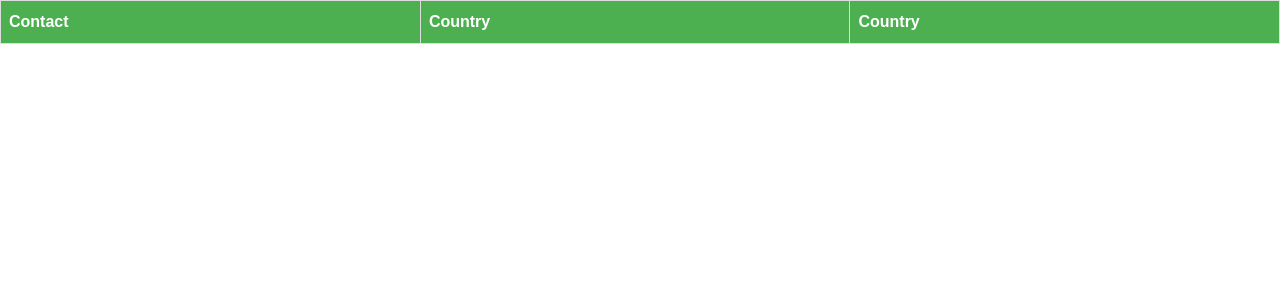
Repository: Rubin78/Firstairport
Page: /
An editor plug-in stored every save of this project. The page is shown before and after the next save, followed by the edit.
The browser window is 1280 px wide. The pictures show the whole page.
The page's requests for data from a server got no answer. The project was rebuilt for these pictures with package versions that can differ from the ones it lists, and the page was loaded fresh each time. No one was signed in, and anything a server would have sent is missing. Also part of the build but not shown: src/DataTable.js.

Above is the page before, as saved 2021-03-27 16:40:18.

### src/App.js
// import React, { Component } from 'react';
// import { wait } from "@testing-library/react";

// class App extends Component {

// state={

//   loading:true,
//   person:false,
// }

// async componentDidMount(){

// const url = "https://api.randomuser.me/"
// const response = await fetch(url);
// const data = await response.json();
// this.setState({person:data.results[0],loading:false})

// }

//   render() {

//  if(this.state.loading){
// return<div>loading ....</div>

//  }

//  if(!this.state.person){
//   return<div>loadingnothing ....</div>

//    }
//     return (
//       <div>

//     <div>{this.state.person.title}</div>

//     <div>{this.state.person.name.first}</div>
//     <div>{this.state.person.name.last}</div>
//     <div>{this.state.person.gender}</div>
//     <div>{this.state.person.timezone}</div>

//   <img src= {this.state.person.picture.large} />
//         </div>
//     );
//   }
// }

// export default App;

// import { wait } from "@testing-library/react";
// import React from "react";

// export default class FetchRandomUser extends React.Component {

//   // async componentDidMount() {
//   //   const url = "https://api.randomuser.me/";
//   //   const response = await fetch(url);
//   //   const data = await response.json();
//   //   this.setState({ person: data.results[0], loading: false });
//   // }

//   state={
//     loading:true,
//     person:null,
//   }

//  async componentDidMount() {

//   const url = "https://api.randomuser.me/";
//   const response = await fetch(url);
//   const data = await response.json();
//   this.setState({person:data.results[0],loading:false})

//  }

//   render() {
//     // if (this.state.loading) {
//     //   return <div>loading...</div>;
//     // }

//     // if (!this.state.person) {
//     //   return <div>didn't get a person</div>;
//     // }

// if (this.state.loading) {
// return <div>loading ...</div>
// }

// if (!this.state.person) {
//   return <div>didnt get anything</div>
// }

//     return (

// <div>

// <div>{this.state.person.name.title}</div>
// <div>{this.state.person.name.first}</div>
// <div>{this.state.person.name.last}</div>
// <div>{this.state.person.gender}</div>
// <div>{this.state.person.address}</div>

// <img src={this.state.person.picture.large} />

// </div>
//     );
//   }
// }

// import React, { useState, useEffect } from "react";
// import axios from "axios";
// export default function APISession() {
//   const [data, setData] = useState([]);

//   useEffect(() => {
//     axios
//       .get("https://jsonplaceholder.typicode.com/users")
//       .then((response) => {
//         setData(response.data);
//       })

//       // .catch((error) => {
//       //   console.log(error);
//       // });
//   }, []);

//   console.log(data);

//   return (
//     <div>
//       {data &&
//         data.map((item) => (
//           <div key={item.id}>
//             {item.name} - {item.phone}
//           </div>
//         ))}
//       {/* {data[0] && <div>{JSON.stringify(data)}</div>} */}
//     </div>
//   );
// }
/*
import React, {useState,useEffect} from 'react';
import axios from "axios";

const App = () => {

  const [data ,setData] = useState([]);
  useEffect(()=> {
    axios.get("https://jsonplaceholder.typicode.com/users")
    .then((response) => {
      setData(response.data);

    })
  })
  return (
    <div>
      {data &&
        data.map((item) => (
          <div key={item.id}>
            {item.name} - {item.phone}
          </div>
        ))}
      {/* {data[0] && <div>{JSON.stringify(data)}</div>} */
/*  </div>
  );
};

export default App; */

/*
import React, { Component } from 'react'


export default class App extends Component {

  constructor(props) {
    super(props);

    this.state = {
      brand: "ford",
      company: "Snoop Technology",
    };
  }

  changeBrand = () => {
  alert("Great Shot!");

    this.setState({brand: "love "});
        this.setState({ company: "Snooper " });


  }

  render() {
const greeting = "welcome to amafh";
    return (
      <div>
        <div>{this.state.brand} </div>
        <div>{this.state.company} </div>
        <h2>I am a {greeting}</h2>


        <button onClick={this.changeBrand}>hello change</button>
      </div>
    );
  }
}


 */

/*  import React , {useState} from 'react';

 const App = () => {

   const [count, setCount] = useState(0);


   return (
     <div>
<p> this is my {count}</p>

<button onClick={() =>setCount(count+2)}> clickme </button></div>
   );
 };

 export default App;
 */

/* import React, { useState, useEffect } from "react";
import axios from "axios";
export default function APISession() {
  const [data, setData] = useState([]);



useEffect(()=>{

  axios.get("https://jsonplaceholder.typicode.com/users")
  .then((response) => {

    setData(response.data)
  })

.catch((error)=>{

  console.log(error);
})

})

  return (
    <div>


{data &&
data.map((item)=>(

  <div key={item.id}>

    {item.name}
  </div>
))}

    </div>
  );

        }




 */

/*  get data ====================================================== >
 */

/*

import React, { useState, useEffect } from "react";
import axios from "axios";

const App = () => {
  const [data, setData] = useState([]);

  useEffect(() => {
    axios
      .get("https://jsonplaceholder.typicode.com/users")
      .then((response) => {
        setData(response.data);
      })

      .catch((error) => {
        console.log(error);
      });
  });

  return (
    <div>
      {data &&
        data.map((item) => (
          <div key={item.id}>

            {item.name} -{item.phone} -{item.city}


          </div>
        ))}
    </div>
  );
};

export default App; */

/*   <======================================================================using state and changing the data value==========================================>*/

/*
import React, { Component } from 'react'

export default class App extends Component {
  constructor(props) {
    super(props);
    this.state = {
      company: "Snoop Technology",
      profile: "developer",
    };
  }

  changeData=()=>{

    this.setState({
      company: "Snoopeer Technology",
      profile: "developer as a junior",
    });
  }


  render() {
    return (
      <div>
        <h1> Currently m working in {this.state.company}</h1>
        <h1>My profile is {this.state.profile}</h1>

        <button onClick={this.changeData}> hello </button>
      </div>
    );
  }
}
 */

/* <parent to child data transfer=========================>
 */
/*
import React, { Component } from 'react'
import Home from "../src/Home";
export default class App extends Component {
 */

/*   render() {
 */

/*     const data = "there should be som data";

    return (
      <div>

        <Home data={data} />
      </div>
    )
  }
}
 */

/* using hooks how to change or update the values =====================================> */

/* rmber when we are using functional component we dont have to use this .state in button section */

/*
import React,{useState} from 'react';

const App = () => {


  const [name, setName] = useState("changing data");



  const hancleClick=()=>{

    setName(" yes you have change the data");
  }
  return (
    <div>
    <h1>  {name} </h1>



      <button onClick ={hancleClick}> hello </button>
    </div>
  );
};

export default App; */

/*




import React, { useState, useEffect } from "react";
import axios from "axios";

const App = () => {
  const [data, setData] = useState([]);

  useEffect(() => {
   axios
     .put("https://jsonplaceholder.typicode.com/posts/1", {
       id: 1,
       title: "foo",
       body: "rubin",
       userId: 1,
     },


     )



     axios.put("https://jsonplaceholder.typicode.com/posts/2", {
       id: 2,
       title: "solo",
       body: "dodod",
       userId: 2,
     },
     )
     .then((response) => {
       setData(response.data);
     })

     .catch((error) => {
       console.log(error);
     });


      console.log(data)
  });

  return (
    <div>

    </div>
  );
};

export default App;  */

/* event in react  ============>
 */

/* remember if ur using the event in functional component then u have to use (function)  eg function shoot(){

}
 */

/* import React, { useState } from 'react';

const App = () => {

  const [name, setName] = useState("shaun");

function shoot() {
alert("hello");
setName("rubin");
}
  return (
    <div>
      <h1>{name}</h1>
      <button onClick = {shoot}  > shoot a shot </button>
    </div>
  );
};

export default App;11 */

/* rember if ur using class component then u can make this by simply using this.
 */
/* import React, { Component } from "react";

export default class App extends Component {
  constructor(props) {
    super(props);

    this.state = {
      company: "Snop Technology",
      profile: "developer ",
    };
  }

  changeWords=()=> {
    alert("this is good to go");

    this.setState({
      company: "Snoopeer Technology",
      profile: "developer as a junior",
    });
  }
  render() {
    return (
      <div>
        <h1>{this.state.company}</h1>
        <h1>{this.state.profile}</h1>
        <button onClick={this.changeWords}>helo change </button>
      </div>
    );
  }
}
 */

/* ==========paasing arugument ============ */
/*


 remember its is simple and revese of alert first it will show the dialog box of alert ad then the dom elemnt  */
/*

import React, { Component } from 'react'

export default class App extends Component {

  shoot=(e)=> {


    alert(e);
  }

  render() {
    return (
      <div>

        <button onclick={this.shoot('goal')}> goal</button>

      </div>
    )
  }
}
 */

/*
import React, { Component } from 'react'

export default class App extends Component {


  constructor(props){

    super(props);

    this.state = {
      username: " ",
    };


  }



myChange=(event)=>{

  this.setState({username:event.target.value})
}



  render() {


    return (
      <div>
        <form>
          <h1> hello {this.state.username}</h1>

          <div>
            <input type=" text" placeholder="welcome" onChange={this.myChange} />
          </div>
        </form>
      </div>
    );
  }
}
 */

/* only for input not submit */
/*
import React, { Component } from 'react'

export default class App extends Component {
  constructor(props) {
    super(props);

    this.state = {
      username: " ",
    };
  }

  submitHandler=(event)=>{
event.preventDefault();
alert("you are submiting " + this.state.username)

  }
  myChange = (event) => {
    this.setState({
      username: event.target.value,
    });
  };
  render() {
    return (
      <div>
        <form onSubmit={this.submitHandler}>
          <h1>hello {this.state.username}</h1>

          <div>
            <input type="text" onChange={this.myChange} />

            <input type="submit" />
          </div>
        </form>
      </div>
    );
  }
} */

/* import React, { Component } from "react";

export default class App extends Component {
  constructor(props) {
    super(props);

    this.state = {

      username: " ",
    };
  }

  submitHandler=(event)=>{

event.preventDefault();
alert("you are submmitung the data " + this.state.username);
  }

  myChange = (event) => {
    this.setState({
      username: event.target.value,
    });
  };

  render() {
    return (
      <div>
        <form onSubmit={this.submitHandler}>
          <h1>hello {this.state.username}</h1>

          <input type="text" onChange={this.myChange} />

          <input type="submit" />
        </form>
      </div>
    );
  }
}

 */

/*
import React, { Component } from 'react'
import Home from "../src/Home";
export default class App extends Component {


  render() {


   const data = "there should be som datass";

    return (
      <div>

        <Home data={data} />



      </div>
    )
  }
}
 */

/*
import React,{useState} from 'react';

import axios from "axios";



const App = () => {

const [task, settask] = useState("");
const [password, setpassword] = useState("");


const submitHandler = (e) => {
    e.preventDefault();

  axios
    .post(
      "https://addschedule-74df8-default-rtdb.firebaseio.com/.json",{
        task,
        password

      }

    )
    .then((res) => {

          setTimeout(function () {

          }, 5000);
      console.log(res.data);
    })
    .catch((err) => {
      console.log(err);
    });
};




  return (
    <div>
      <form onSubmit={(e)=>{
        submitHandler(e);
      }}>
        <div>
          <input
            style={{ padding: 6 }}
            required
            label="Your name"
            id="name"
            type="text"
            value={task}
            onChange={(e) => {
              settask(e.target.value);
            }}
          />
        </div>
        <div>
          <input
            style={{ padding: 6 }}
            required
            label="Your name"
            id="name"
            type="text"
            value={password}
            onChange={(e) => {
              setpassword(e.target.value);
            }}
          />
        </div>
        <div>

            <input type="submit" value="Sign up" />

        </div>
      </form>
    </div>
  );
};

export default App; */
/*
import React, { useState } from "react";
import Axios from "axios";

const App = () => {
  const [name, setname] = useState("");

  const [passwrd, setpasswrd] = useState("");

  const submitHandler = (e) => {
    e.preventDefault();
    Axios.post("https://makingapi-3467d-default-rtdb.firebaseio.com/.json", {
      name,
      passwrd,
    }).then((response) => {
      console.log(response.data);
    });
  };

  return (
    <div>
      <form
        onSubmit={(e) => {
          submitHandler(e);
        }}
      >
        <label style={{ padding: 6 }}>name</label>

        <div>
          <input
            type="text"
            value={name}
            onChange={(e) => {
              setname(e.target.value);
            }}
            style={{ padding: 6 }}
          />
        </div>
        <label style={{ padding: 6 }}>password</label>

        <div>
          <input
            type="password"
            value={passwrd}
            onChange={(e) => {
              setpasswrd(e.target.value);
            }}
            style={{ padding: 6 }}
          />
        </div>
        <div style={{ padding: 6 }}>
          <input type="submit" style={{ padding: 6 }} />
        </div>
      </form>
    </div>
  );
};

export default App;
 */

/* import React, { useState } from "react";
import axios from "axios";

const App = () => {
  const [name, setname] = useState("");

  const [passwrd, setpasswrd] = useState(" ");

  const submitHandler = (s) => {
    s.preventDefault();
    axios
      .post("https://makingapi-3467d-default-rtdb.firebaseio.com/.json", {
        name,
        passwrd,
      })
      .then((response) => {
        console.log(response.data);
      })

      .catch((err) => {
        console.log(err);
      });
  };

  return (
    <div>
      <form
        onSubmit={(s) => {
          submitHandler(s);
        }}
      >
        <div>
          <input
            type="text"
            value={name}
            onChange={(s) => {
              setname(s.target.value);
            }}
          />
        </div>

        <div>
          <input
            type="password"
            value={passwrd}
            onChange={(s) => {
              setpasswrd(s.target.value);
            }}
          />
        </div>

        <div>
          <input type="submit" />
        </div>
      </form>
    </div>
  );
};

export default App;
 */




import React,{useEffect,useState} from 'react';
import axios from "axios";
import DataTable from "./DataTable";
import "./App.css";
const App = () => {

   const [task, setTask] = useState({});
   const [taskListingData, setTaskListingData] = useState({});

   useEffect(() => {
     axios
       .get("https://datatable-1274e-default-rtdb.firebaseio.com/.json")
       .then((res) => {
         setTaskListingData(res.data);
       })
       .catch((err) => {
         console.log(err);
       });
   }, []);

   const handleTask = () => {
     setTask("ok");
   };
  return (
    <div>
      <table id="customers">
        <tr>
          <th>Contact</th>
          <th>Country</th>
          <th>Country</th>
        </tr>
        {taskListingData &&
          Object.entries(taskListingData).map((task) => (
            <>
              {task.map((item) => (
                <div>
                  <tr>
                    <td>{item.name}</td>
                    <td>{item.name}</td>
                    <td>{item.name}</td>
                  </tr>
                </div>
              ))}
            </>
          ))}
      </table>
    </div>
  );
};

export default App;


/*
import React,{useState,useEffect} from 'react';
import DataTable from "./DataTable";
const App = () => {
const [data, setData] = useState("");

const [name, setName] = useState("");

  return (


    <div>


      <div>
<DataTable />
        </div>
    </div>
  );
};

export default App; */

### src/App.css
/* .App {
  text-align: center;
}

.App-logo {
  height: 40vmin;
  pointer-events: none;
}

@media (prefers-reduced-motion: no-preference) {
  .App-logo {
    animation: App-logo-spin infinite 20s linear;
  }
}

.App-header {
  background-color: #282c34;
  min-height: 100vh;
  display: flex;
  flex-direction: column;
  align-items: center;
  justify-content: center;
  font-size: calc(10px + 2vmin);
  color: white;
}

.App-link {
  color: #61dafb;
}

@keyframes App-logo-spin {
  from {
    transform: rotate(0deg);
  }
  to {
    transform: rotate(360deg);
  }
}



 */



#customers {
  font-family: Arial, Helvetica, sans-serif;
  border-collapse: collapse;
  width: 100%;
}

#customers td, #customers th {
  border: 1px solid #ddd;
  padding: 8px;
}

#customers tr:nth-child(even){background-color: #f2f2f2;}

#customers tr:hover {background-color: #ddd;}

#customers th {
  padding-top: 12px;
  padding-bottom: 12px;
  text-align: left;
  background-color: #4CAF50;
  color: white;
}

Loaded but not shown: public/index.html (common file); src/index.js (common file); src/index.css (common file); src/serviceWorker.js (common file)

After the next save:
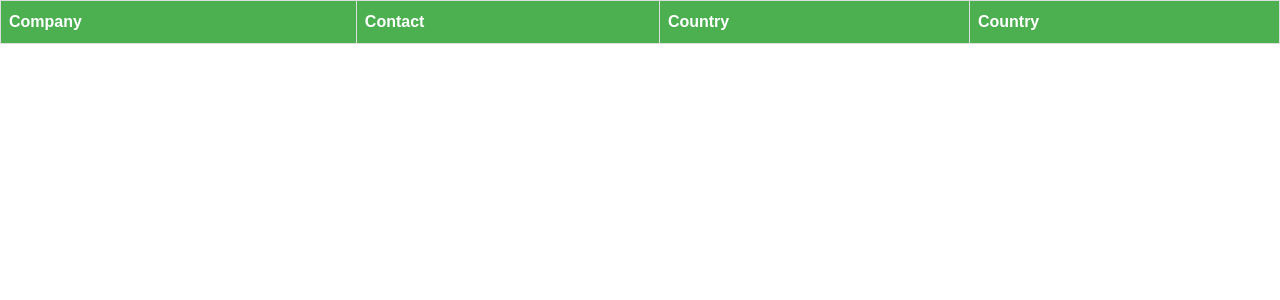
Saved 5 s later.
--- a/src/App.js
+++ b/src/App.js
@@ -930,6 +930,7 @@
     <div>
       <table id="customers">
         <tr>
+          <th>Company</th>
           <th>Contact</th>
           <th>Country</th>
           <th>Country</th>

After the 4 saves that followed:
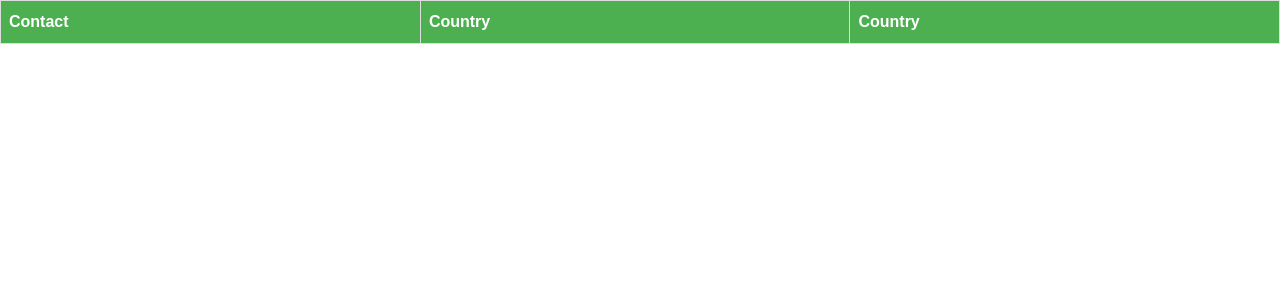
The 4 saves are shown as one change because 1 left the picture as it was and some came seconds apart.
The last was saved 23 s later.
--- a/src/App.js
+++ b/src/App.js
@@ -930,7 +930,6 @@
     <div>
       <table id="customers">
         <tr>
-          <th>Company</th>
           <th>Contact</th>
           <th>Country</th>
           <th>Country</th>
